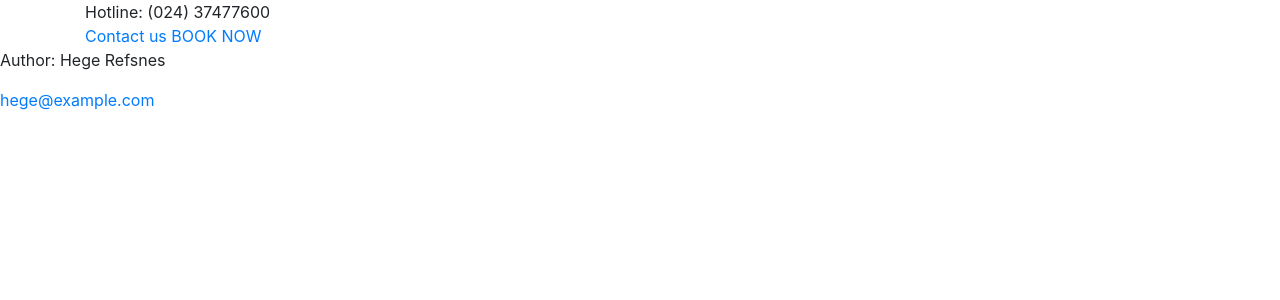
Repository: heishung/project-booking
Page: index.html
These files come from the project's save history. The page is drawn as it stood at one moment and after the next save; the edit follows.
The browser window is 1280 px wide. The pictures show the whole page.
The style sheet was rebuilt from its Sass, Less or Tailwind sources for each picture, by a compiler version that may differ from the author's.

Above is the page before, as saved 2020-11-19 23:06:53.
Console error (its wording comes from the project's code and is left out).

### index.html
<!DOCTYPE html>
<html lang="en">
<head>
    <meta charset="UTF-8">
    <meta name="viewport" content="width=device-width, initial-scale=1.0">
    <title>Document</title>
    <link rel="stylesheet" href="./css/bootstrap.min.css">
    <link rel="stylesheet" href="./css/style.css">
    <script src="./js/bootstrap.bundle.min.js"></script>

</head>
<body>
    <div class="wrapper"></div>
    <header>
        <div class="container">
            <span>Hotline: (024) 37477600</span>
            <div><a href="#">Contact us</a>
            <a href="#">BOOK NOW</a></div>
        </div>
    </header>

    <footer>
        <p>Author: Hege Refsnes</p>
        <p><a href="mailto:hege@example.com">hege@example.com</a></p>
    </footer>
    <script src="./js/jquery-3.5.1.slim.min.js"></script>
    <script src="./js/popper.min.js"></script>
    <script src="./js/bootstrap.min.js"></script>
</body>
</html>

Loaded but not shown: css/bootstrap.min.css (library); js/bootstrap.bundle.min.js (library); js/jquery-3.5.1.slim.min.js (library); js/popper.min.js (library); js/bootstrap.min.js (library); css/style.scss (no stored copy; drawn as an empty file)

After the next save:
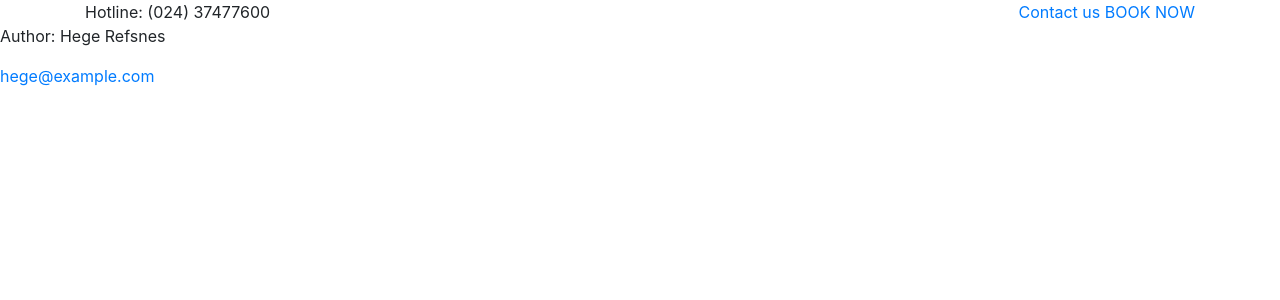
Saved 54 s later.
--- a/index.html
+++ b/index.html
@@ -12,7 +12,7 @@
 <body>
     <div class="wrapper"></div>
     <header>
-        <div class="container">
+        <div class="container d-flex justify-content-between">
             <span>Hotline: (024) 37477600</span>
             <div><a href="#">Contact us</a>
             <a href="#">BOOK NOW</a></div>
